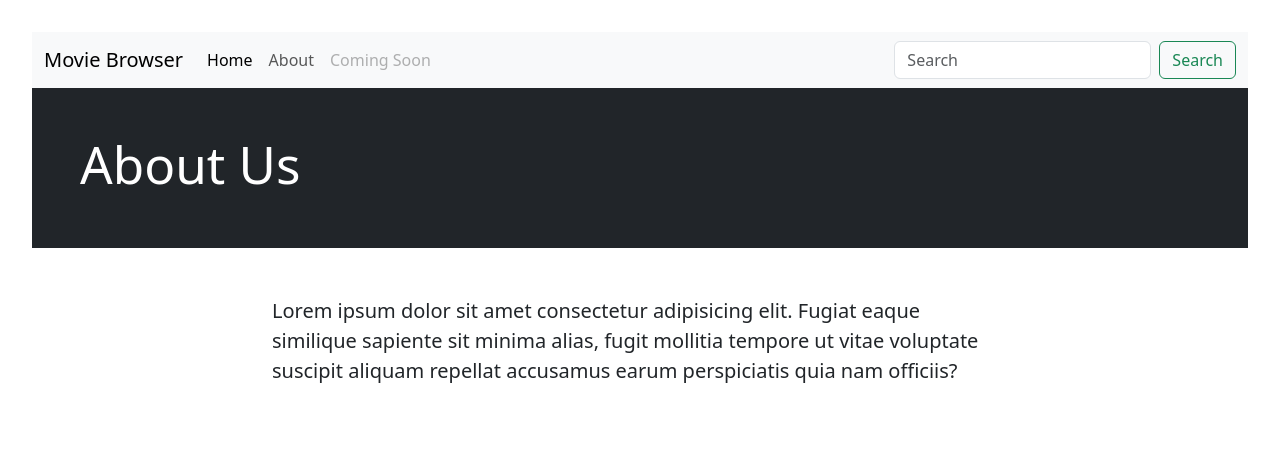
Repository: blordeus/movie-search-browser
Page: /about (app in movie-browser/)
The author's editor kept a copy of each file at every save. The page is drawn from the files as they stood at one save, then again after a run of saves.
The browser window is 1280 px wide. The pictures show the whole page.
The project was rebuilt for these pictures with package versions that can differ from the ones it lists, and the page was loaded fresh each time. Also part of the build but not shown: movie-browser/vite.config.js, movie-browser/src/components/Home.jsx.

Above is the page before, as saved 2023-09-03 15:16:44.

After the next 2 saves:
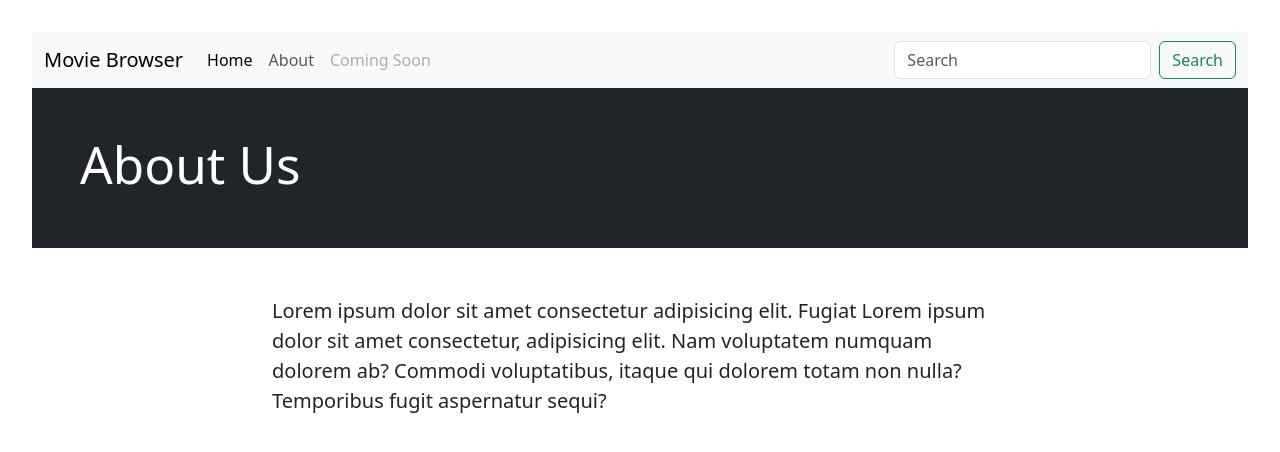
The 2 saves are shown as one change because they came seconds apart.
The last was saved 32 s later.
--- a/movie-browser/src/components/About.jsx
+++ b/movie-browser/src/components/About.jsx
@@ -9,9 +9,7 @@
           <div className="col-lg-8 offset-lg-2 my-5">
             <p className="lead">
               Lorem ipsum dolor sit amet consectetur adipisicing elit. Fugiat
-              eaque similique sapiente sit minima alias, fugit mollitia tempore
-              ut vitae voluptate suscipit aliquam repellat accusamus earum
-              perspiciatis quia nam officiis?
+              Lorem ipsum dolor sit amet consectetur, adipisicing elit. Nam voluptatem numquam dolorem ab? Commodi voluptatibus, itaque qui dolorem totam non nulla? Temporibus fugit aspernatur sequi?
             </p>
           </div>
         </div>
